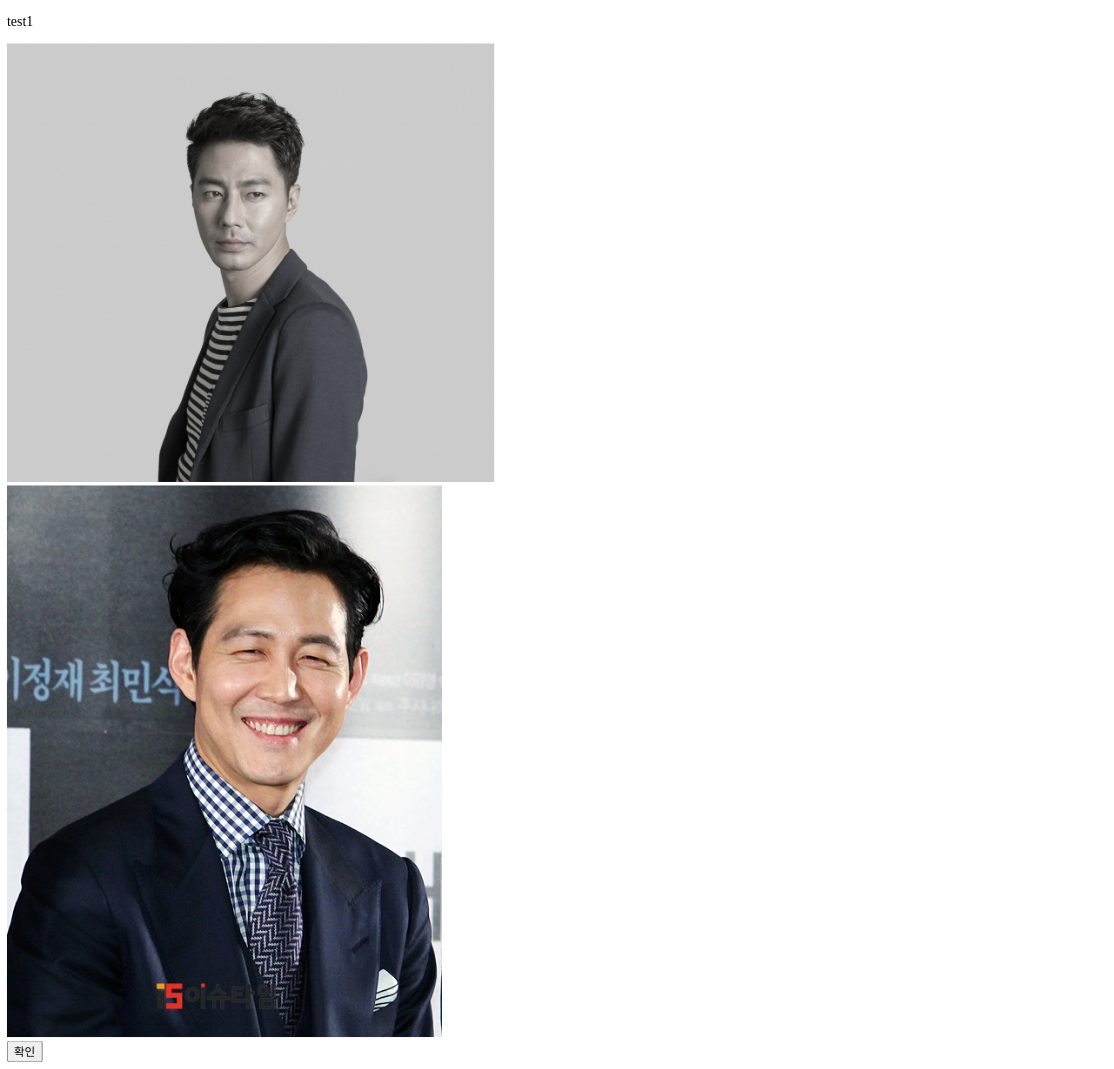
Repository: IreneCho/sk
Page: jqueryTest/WebContent/day13/m.html
The author's editor kept a copy of each file at every save. The page is drawn from the files as they stood at one save, then again after the next save.
The browser window is 1280 px wide. The pictures show the whole page, at 87% of full size.
Some web libraries are served in a nearby version.

Above is the page before, as saved 2016-08-16 01:11:39.

### jqueryTest/WebContent/day13/m.html
<!DOCTYPE html>
<html>
<head>
<meta charset="EUC-KR">
<title>Insert title here</title>
</head>
<body>
	<div id="mydiv">
		<p>test1</p>
		<img src="image/img2.jpg"><br>
		<img src="image/img3.jpg"><br>
	</div>
	<button onclick="fn()">확인</button>
</body>
<script src="https://code.jquery.com/jquery-3.1.0.js" integrity="sha256-slogkvB1K3VOkzAI8QITxV3VzpOnkeNVsKvtkYLMjfk=" crossorigin="anonymous"></script>
<script>
	function fn() {
	//	$("#mydiv").append("<h1>헬로</h1>") //뒤쪽에 붙음
	//	$("#mydiv").prepend("<h1>헬로</h1>") //앞쪽에 붙음
		$("#mydiv").prepend($("#mydiv > img:last"))
	}
</script>
</html>

After the next save:
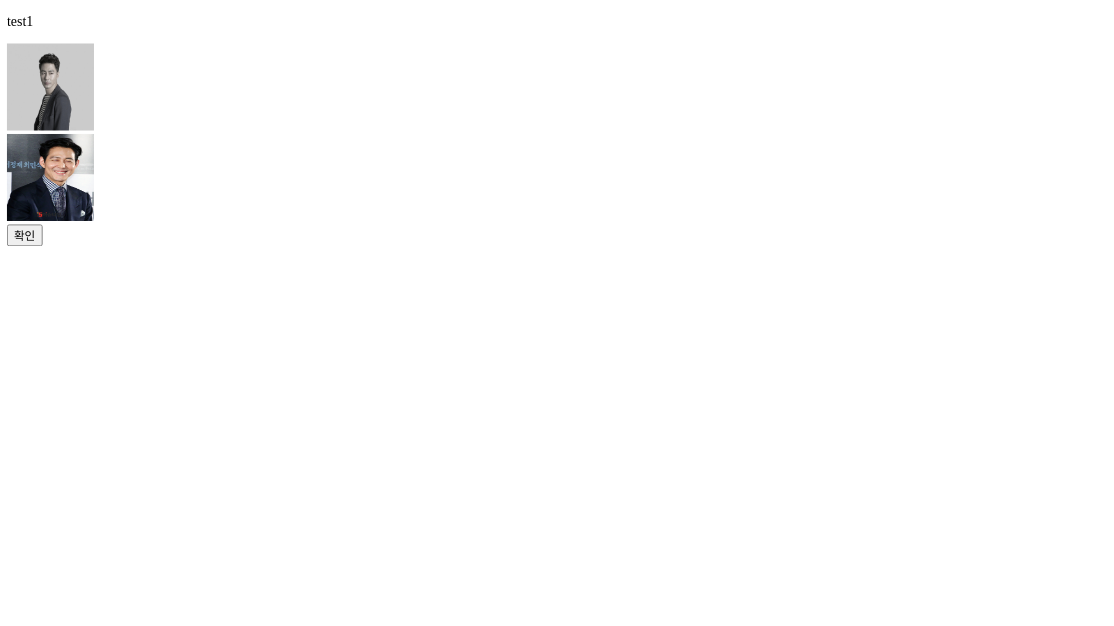
Saved 86 s later.
--- a/jqueryTest/WebContent/day13/m.html
+++ b/jqueryTest/WebContent/day13/m.html
@@ -7,8 +7,8 @@
 <body>
 	<div id="mydiv">
 		<p>test1</p>
-		<img src="image/img2.jpg"><br>
-		<img src="image/img3.jpg"><br>
+		<img src="image/img2.jpg" width="100" height="100"><br>
+		<img src="image/img3.jpg" width="100" height="100"><br>
 	</div>
 	<button onclick="fn()">확인</button>
 </body>
@@ -17,7 +17,7 @@
 	function fn() {
 	//	$("#mydiv").append("<h1>헬로</h1>") //뒤쪽에 붙음
 	//	$("#mydiv").prepend("<h1>헬로</h1>") //앞쪽에 붙음
-		$("#mydiv").prepend($("#mydiv > img:last"))
+		$("#mydiv").prepend($("#mydiv > img:last")) //마지막 이미지를 제일 처음으로
 	}
 </script>
 </html>
